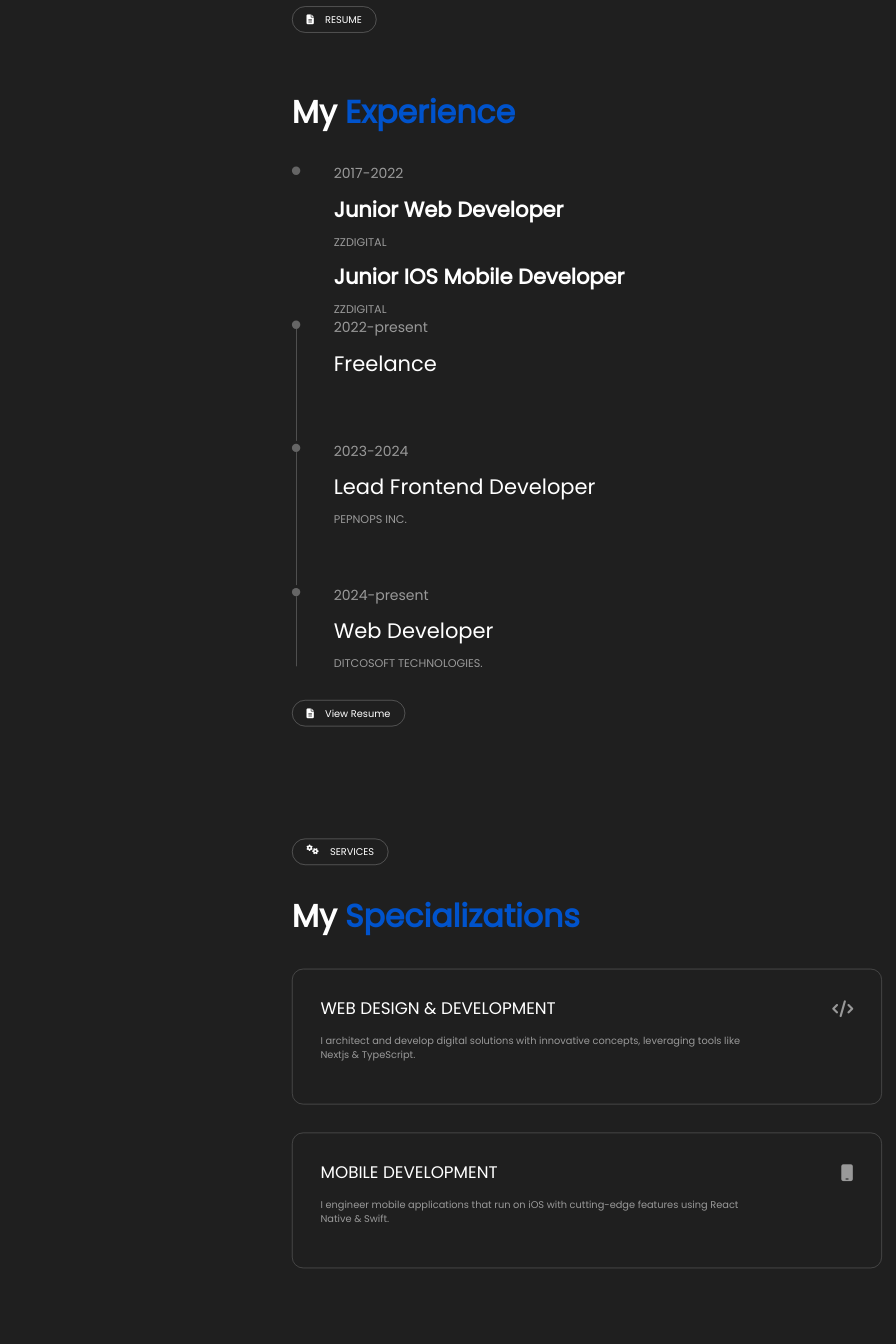
Repository: TheMoeEntity/portfolio-tailwind
Page: /
These files come from the project's save history. The page is drawn as it stood at one moment and after the next save; the edit follows.
The browser window is 1280 px wide. The pictures show the part of the page from y = 1717 to 3637 px (the page is 7761 px tall before and 7837 px after), at 70% of full size.
Some icons come from a web library that is not loaded, so they are not drawn. The page's requests for data from a server got no answer. Some web libraries are served in a nearby version. The project was rebuilt for these pictures with package versions that can differ from the ones it lists, and the page was loaded fresh each time. The framework's server and built-in components were replaced by stand-ins that run in the browser. No one was signed in, and anything a server would have sent is missing. Also part of the build but not shown: next.config.mjs, app/not-found.tsx, components/Spinner/index.tsx.

Above is the page before, as saved 2024-05-24 07:05:32.

After the next save:
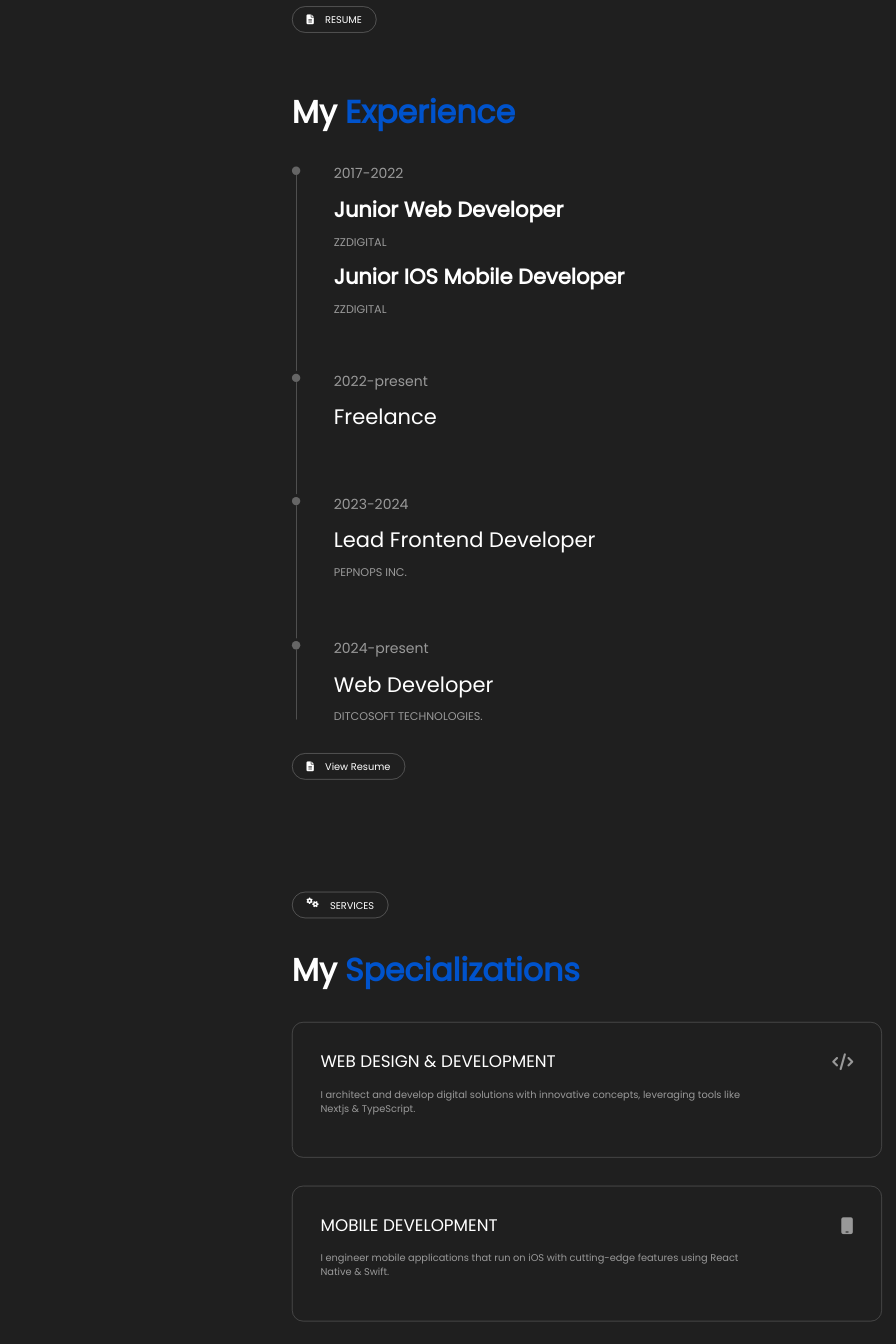
Saved 52 s later.
--- a/components/Experience/index.tsx
+++ b/components/Experience/index.tsx
@@ -26,7 +26,7 @@ const Experience = () => {
                     <div className='flex flex-col'>
                         <div className='flex flex-col justify-center items-center'>
                             <div className="w-3 h-3 rounded-full bg-[#656565] transition-colors duration-700 group-hover:bg-[#0053cc] mt-1"></div>
-                            <div className="bg-[#656565] trans transition-all duration-700 group-hover:bg-[#0053cc] h-0 group-hover:h-[280px] w-[0.5px]"></div>
+                            <div className="bg-[#656565] trans transition-all duration-700 group-hover:bg-[#0053cc] h-[280px] w-[0.5px]"></div>
                         </div>
                         <div></div>
                     </div>
